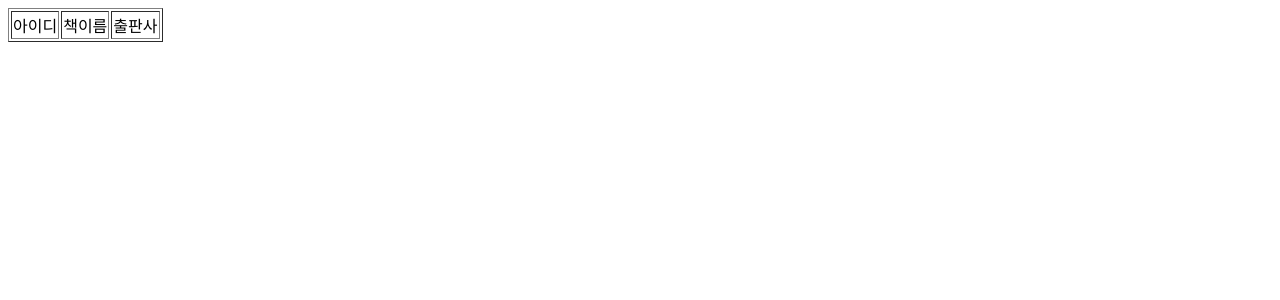
Repository: Idooru/academy_servlet
Page: http://localhost/pro07/book
These files come from the project's save history. The page is drawn as it stood at one moment and after the next save; the edit follows.
The browser window is 1280 px wide. The pictures show the whole page.
The page is served by Tomcat 9. Other server files are loaded and not shown. Queries for data that is not in the repository find no rows.

Above is the page before, as saved 2023-09-06 07:21:29.

### pro07/src/sec01/ex01/BookSearchServlet.java
package sec01.ex01;

import java.io.IOException;
import java.io.PrintWriter;
import java.util.List;

import javax.servlet.ServletException;
import javax.servlet.annotation.WebServlet;
import javax.servlet.http.HttpServlet;
import javax.servlet.http.HttpServletRequest;
import javax.servlet.http.HttpServletResponse;

/**
 * Servlet implementation class BookSearchServlet
 */
@WebServlet("/book")
public class BookSearchServlet extends HttpServlet {
	private static final long serialVersionUID = 1L;

	protected void doGet(HttpServletRequest request, HttpServletResponse response)
			throws ServletException, IOException {
		request.setCharacterEncoding("UTF-8");
		response.setContentType("text/html;charset=utf-8");

		BookDAO dao = new BookDAO();
		BookVO vo = new BookVO();

		String bookName = request.getParameter("bookName");
		vo.setBookName(bookName);
		List<BookVO> bookList = dao.searchBook(vo);

		PrintWriter out = response.getWriter();

		out.print("<table border=1><tr>");
		out.print("<td>아이디</td><td>책이름</td><td>출판사</td>");
	}

}

### pro07/src/sec01/ex01/DBInitializer.java
package sec01.ex01;

import java.sql.Connection;
import java.sql.PreparedStatement;

import javax.naming.Context;
import javax.naming.InitialContext;
import javax.sql.DataSource;

public class DBInitializer {

	protected DataSource dataFactory;
	protected Connection conn;
	protected PreparedStatement pstmt;

	protected DBInitializer() {
		try {
			Context ctx = new InitialContext();
			Context envContext = (Context) ctx.lookup("java:/comp/env");
			dataFactory = (DataSource) envContext.lookup("jdbc/test");
		} catch (Exception e) {
			e.printStackTrace();
		}
	}
}

### pro07/src/sec01/ex01/BookDAO.java
package sec01.ex01;

import java.sql.ResultSet;
import java.util.ArrayList;
import java.util.List;

public class BookDAO extends DBInitializer {

	public BookDAO() {
		super();
	}

	public List<BookVO> searchBook(BookVO vo) {
		List<BookVO> bookList = new ArrayList<BookVO>();

		try {
			conn = dataFactory.getConnection();
			String query = "SELECT * FROM books WHERE book_name LIKE concat('%', ?, '%')";
			pstmt = conn.prepareStatement(query);
			pstmt.setString(1, vo.getBookName());
			ResultSet rs = pstmt.executeQuery();

			while (rs.next()) {
				String bookId = rs.getString("book_id");
				String bookName = rs.getString("book_name");
				String bookCompany = rs.getString("book_company");
				int bookPrice = rs.getInt("book_price");

				vo.setBookId(bookId);
				vo.setBookName(bookName);
				vo.setBookCompany(bookCompany);
				vo.setBookPrice(bookPrice);

				bookList.add(vo);
			}
			rs.close();
			pstmt.close();
			conn.close();
		} catch (Exception e) {
			e.printStackTrace();
		}

		return bookList;
	}

}

### pro07/src/sec01/ex01/BookVO.java
package sec01.ex01;

public class BookVO {

	private String bookId;
	private String bookName;
	private String bookCompany;
	private int bookPrice;

	public String getBookId() {
		return bookId;
	}

	public void setBookId(String bookId) {
		this.bookId = bookId;
	}

	public String getBookName() {
		return bookName;
	}

	public void setBookName(String bookName) {
		this.bookName = bookName;
	}

	public String getBookCompany() {
		return bookCompany;
	}

	public void setBookCompany(String bookCompany) {
		this.bookCompany = bookCompany;
	}

	public int getBookPrice() {
		return bookPrice;
	}

	public void setBookPrice(int bookPrice) {
		this.bookPrice = bookPrice;
	}

	@Override
	public String toString() {
		return "BookVO [bookId=" + bookId + ", bookName=" + bookName + ", bookCompany=" + bookCompany + ", bookPrice="
				+ bookPrice + "]";
	}

}

After the next save:
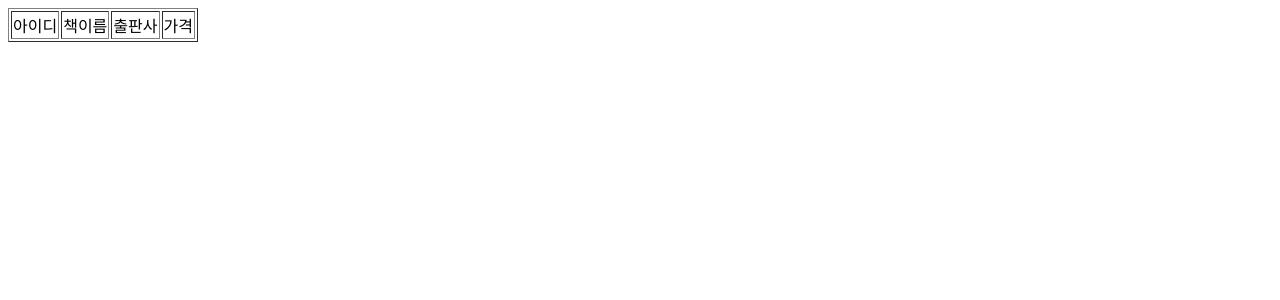
Saved 9 s later.
--- a/pro07/src/sec01/ex01/BookSearchServlet.java
+++ b/pro07/src/sec01/ex01/BookSearchServlet.java
@@ -32,7 +32,7 @@ public class BookSearchServlet extends HttpServlet {
 		PrintWriter out = response.getWriter();
 
 		out.print("<table border=1><tr>");
-		out.print("<td>아이디</td><td>책이름</td><td>출판사</td>");
+		out.print("<td>아이디</td><td>책이름</td><td>출판사</td><td>가격</td>");
 	}
 
 }
